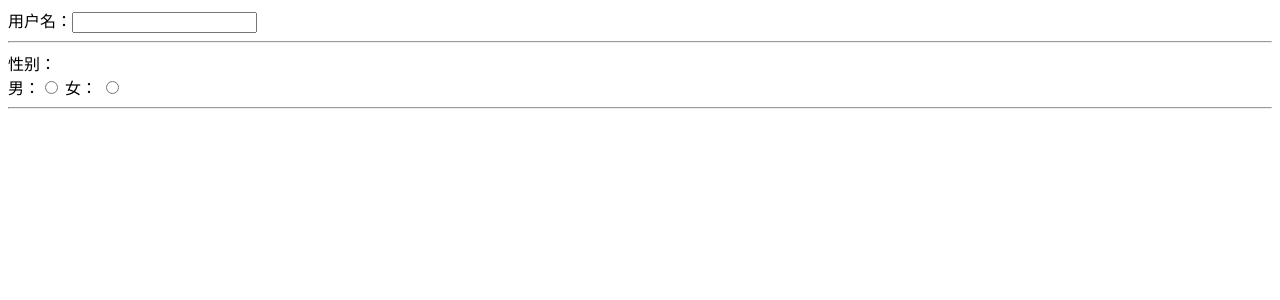
Repository: frankstar007/java
Page: http://localhost/Servlet_Study/from.jsp
An editor plug-in stored every save of this project. The page is shown before and after the next save, followed by the edit.
The browser window is 1280 px wide. The pictures show the whole page.
The page is served by Tomcat 9. Nobody is signed in. The application's start-up code is not run. Other server files are loaded and not shown.

Above is the page before, as saved 2016-05-16 01:03:23.

### Servlet_Study/WebContent/from.jsp
<%@ page language="java" contentType="text/html; charset=UTF-8"
    pageEncoding="UTF-8"%>
<!DOCTYPE html PUBLIC "-//W3C//DTD HTML 4.01 Transitional//EN" "http://www.w3.org/TR/html4/loose.dtd">
<html>
<head>
<meta http-equiv="Content-Type" content="text/html; charset=UTF-8">
<title>表单测试</title>
</head>
<body>
	<form id="form1" method="post" action="request1.jsp">
		用户名：<input type="text" name="name"> <hr>
		性别：<br>
		男：<input type="radio" name="gender" value="男">
		 女：	<input type="radio" name="gender" value="女">
		 	<hr>

	</form>
</body>
</html>

After the next save:
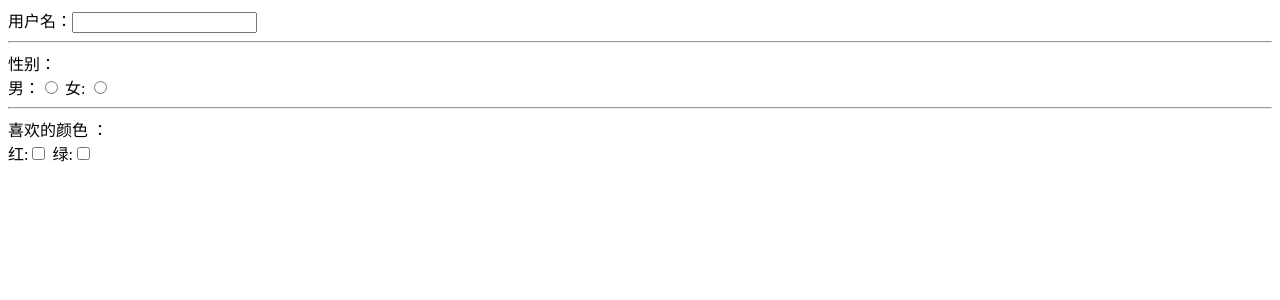
Saved 92 s later.
--- a/Servlet_Study/WebContent/from.jsp
+++ b/Servlet_Study/WebContent/from.jsp
@@ -11,8 +11,11 @@
 		用户名：<input type="text" name="name"> <hr>
 		性别：<br>
 		男：<input type="radio" name="gender" value="男">
-		 女：	<input type="radio" name="gender" value="女">
+		 女:	<input type="radio" name="gender" value="女">
 		 	<hr>
+		 喜欢的颜色 ：<br>
+		 红:<input type="checkbox" name="color" value="红色">
+		 绿:<input type="checkbox" name="color" value="绿色">
 
 	</form>
 </body>
